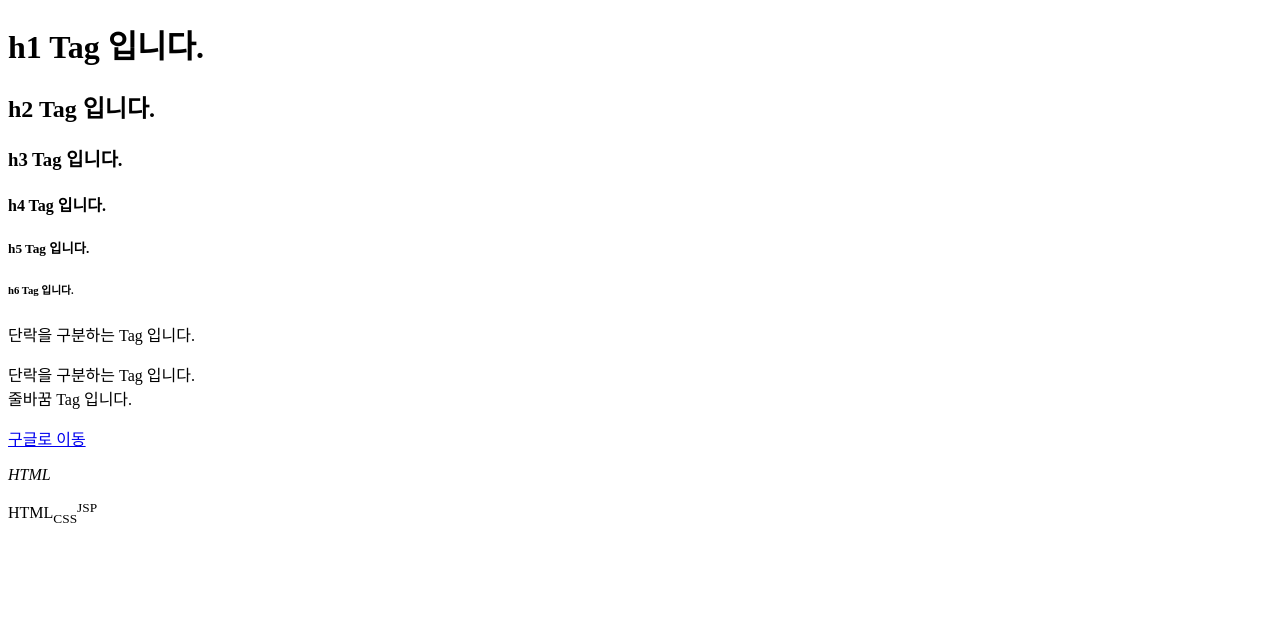
Repository: bjKim2/JSP
Page: HTML/src/main/webapp/Lec02.html
These files come from the project's save history. The page is drawn as it stood at one moment and after the next save; the edit follows.
The browser window is 1280 px wide. The pictures show the whole page.

Above is the page before, as saved 2022-03-15 01:47:54.

### HTML/src/main/webapp/Lec02.html
<!DOCTYPE html>
<html>
<head>
<meta charset="UTF-8">
<title>Insert title here</title>
</head>
<body>
	<h1>h1 Tag 입니다.</h1>
	<h2>h2 Tag 입니다.</h2>
	<h3>h3 Tag 입니다.</h3>
	<h4>h4 Tag 입니다.</h4>
	<h5>h5 Tag 입니다.</h5>
	<h6>h6 Tag 입니다.</h6>

	<p>단락을 구분하는 Tag 입니다. </p>
	<p>단락을 구분하는 Tag 입니다. <br>
		줄바꿈 Tag 입니다.  </p>

	<!--p 태그는 좁아져서 알아서 길이를 줄여서 줄 수를 늘린다. 다른건 그냥 스크롤바가 생긴다.  -->

	<p><a href="https://google.com">구글로 이동 </a></p>
	<p><i>HTML</i></p>
	<p>HTML<sub>CSS</sub><sup>JSP</sup></p>
</body>
</html>

After the next save:
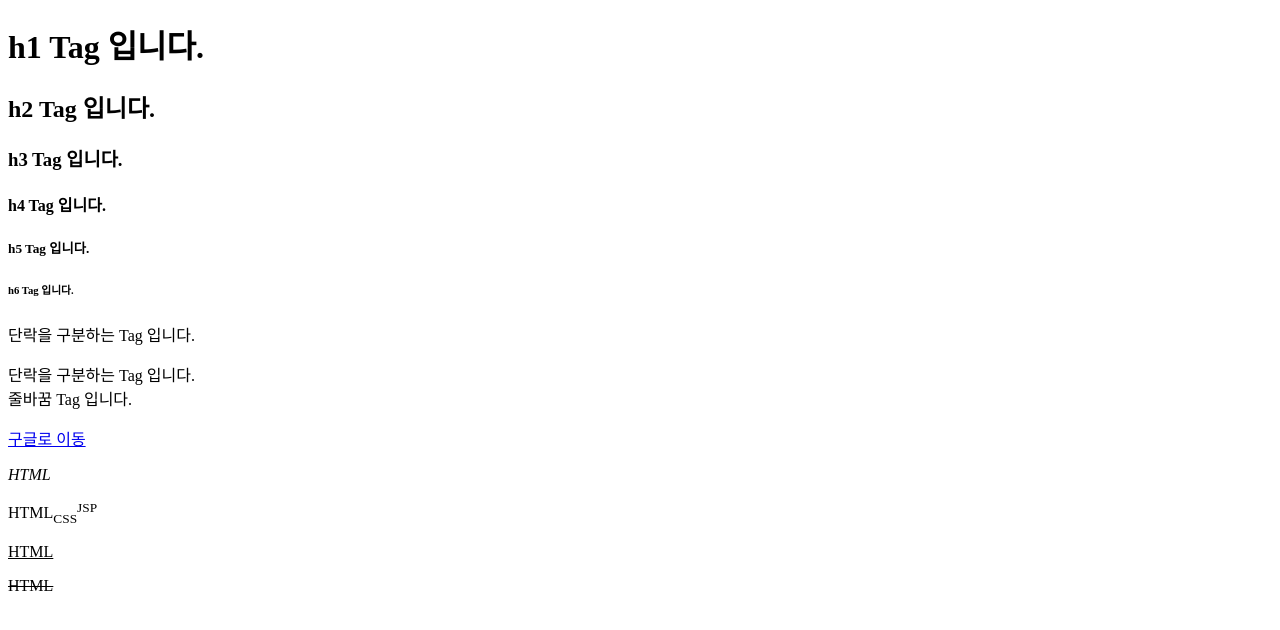
Saved 92 s later.
--- a/HTML/src/main/webapp/Lec02.html
+++ b/HTML/src/main/webapp/Lec02.html
@@ -21,5 +21,9 @@
 	<p><a href="https://google.com">구글로 이동 </a></p>
 	<p><i>HTML</i></p>
 	<p>HTML<sub>CSS</sub><sup>JSP</sup></p>
+	<p><ins>HTML</ins></p>
+	<p><del>HTML</del></p>
+
+
 </body>
 </html>
